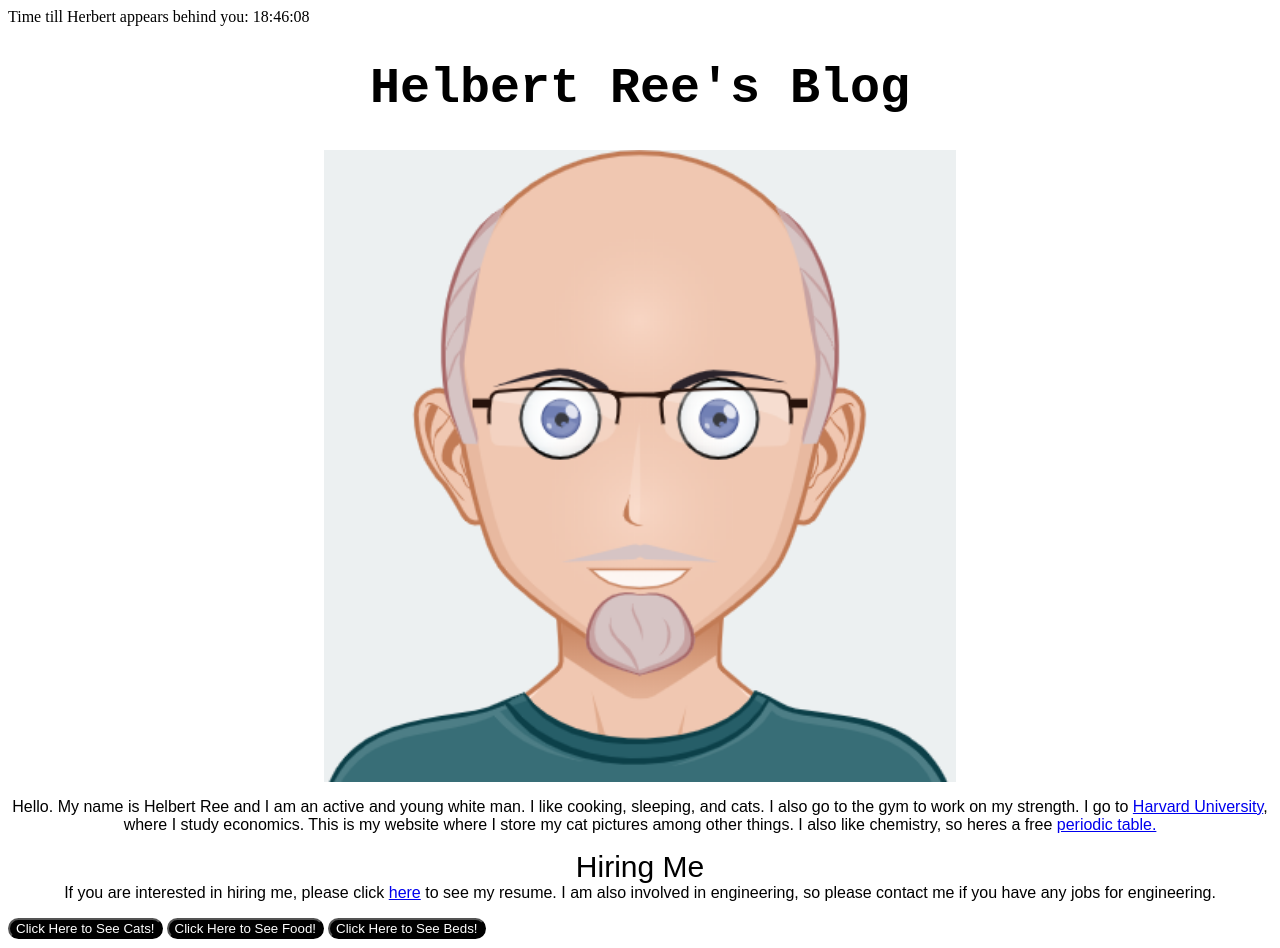
Repository: rortega1581/rortega1581.github.io
Page: 214/HelbertRee'sBlog/website.html
The author's editor kept a record of every edit. The page is drawn from the files as they stood at one moment, then again after the next edit.
The browser window is 1280 px wide. The pictures show the whole page.

Above is the page before.

After the next edit:
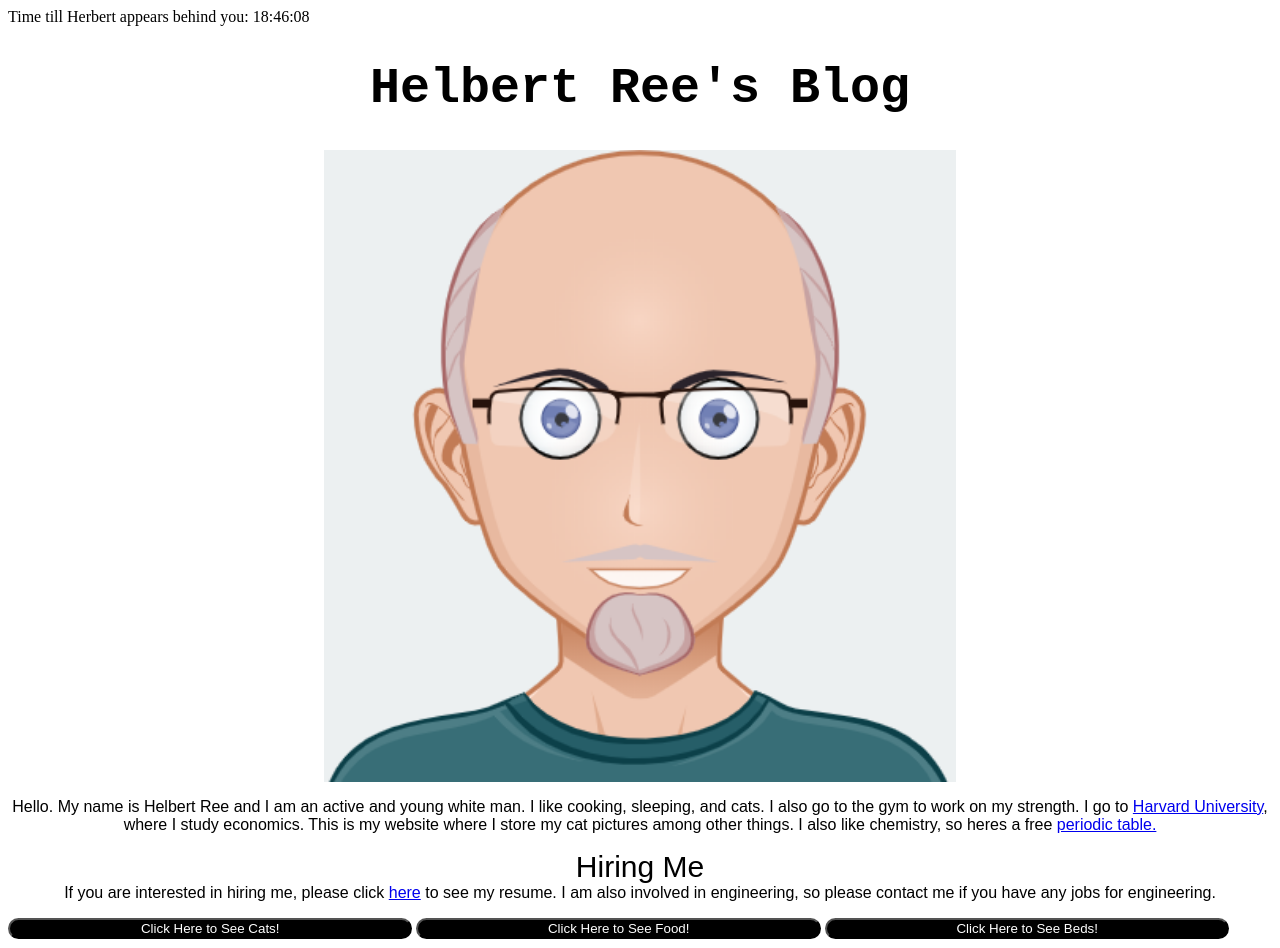
The edit:
--- a/214/HelbertRee'sBlog/style.css
+++ b/214/HelbertRee'sBlog/style.css
@@ -2,6 +2,7 @@
     background-color: rgb(0, 0, 0);
     color: rgb(255, 255, 255);
     border-radius: 20px;
+    width: 32%;
 
 }
 
